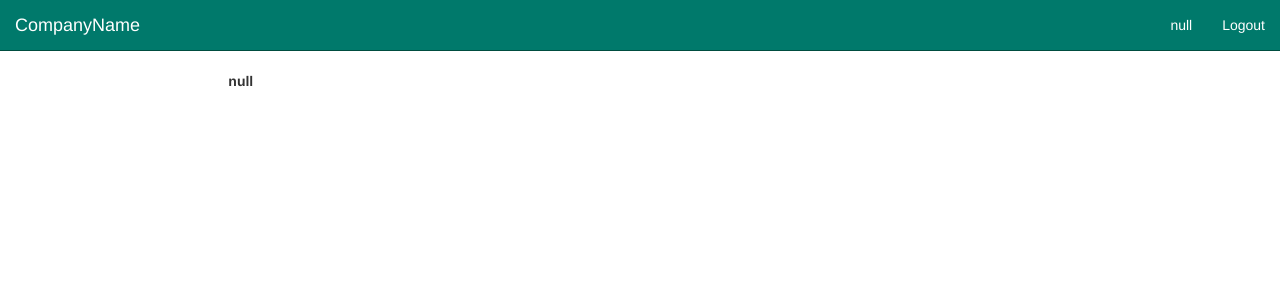
Repository: jayakumar721/projects
Page: http://localhost/TestEngine/result.jsp
These files come from the project's save history. The page is drawn as it stood at one moment and after the next save; the edit follows.
The browser window is 1280 px wide. The pictures show the whole page.
Some web libraries are served in a nearby version. The page is served by Tomcat 9. Other server files are loaded and not shown.

Above is the page before, as saved 2017-11-28 11:37:31.

### TestEngine/WebContent/result.jsp
<%@ page language="java" contentType="text/html; charset=UTF-8"
	pageEncoding="UTF-8"%>
<!DOCTYPE html PUBLIC "-//W3C//DTD HTML 4.01 Transitional//EN" "http://www.w3.org/TR/html4/loose.dtd">
<html>
<head>
<meta http-equiv="Content-Type" content="text/html; charset=UTF-8">
<title>Insert title here</title>
</head>
<body>
	<%@ include file="header.jsp"%>
	<div class="col-sm-2"></div>
	<div class="col-sm-8">
		<label><%=session.getAttribute("marks") %></label>

	</div>
</body>
</html>

### TestEngine/WebContent/header.jsp
<%@ page language="java" contentType="text/html; charset=UTF-8"
	pageEncoding="UTF-8"%>
<!DOCTYPE html PUBLIC "-//W3C//DTD HTML 4.01 Transitional//EN" "http://www.w3.org/TR/html4/loose.dtd">
<html>
<head>
<meta charset="UTF-8">
<title>Insert title here</title>

<link rel="stylesheet"
	href="https://maxcdn.bootstrapcdn.com/bootstrap/3.3.7/css/bootstrap.min.css">

<!-- jQuery library -->
<script
	src="https://ajax.googleapis.com/ajax/libs/jquery/3.2.1/jquery.min.js"></script>
<script src="vendor/jquery-validation/dist/jquery.validate.min.js"></script>

<!-- Latest compiled JavaScript -->
<script
	src="https://maxcdn.bootstrapcdn.com/bootstrap/3.3.7/js/bootstrap.min.js"></script>
<style type="text/css">
.navbar-inverse {
	background: #00796B;
	border-bottom-color: #004D40;
}

.navbar-inverse .navbar-nav>li>a, .navbar-inverse .navbar-brand,
	.navbar-inverse .navbar-nav>.dropdown>a .caret {
	color: #fff;
}

.navbar-inverse .navbar-nav>.open>a, .navbar-inverse .navbar-nav>.open>a:hover,
	.navbar-inverse .navbar-nav>.open>a:focus, .navbar-nav>li>.dropdown-menu
	{
	background: #4DB6AC;
}

.nav-pills
>
li
>
a
,
{
color
:

#303F9F
;


}
.nav>li>a:hover, .nav>li>a:focus {
	background-color: #EEEEEE;
}
</style>

</head>
<body>
	<div id="top-nav" class="navbar navbar-inverse navbar-static-top">
		<div class="container-fluid">
			<div class="navbar-header">
				<button type="button" class="navbar-toggle" data-toggle="collapse"
					data-target=".navbar-collapse">
					<span class="icon-bar"></span> <span class="icon-bar"></span> <span
						class="icon-bar"></span>
				</button>
				<a class="navbar-brand" href="dashboard.jsp">CompanyName</a>
			</div>
			<div class="navbar-collapse collapse">
				<ul class="nav navbar-nav navbar-right">
					<li><i class="fa fa-user-circle"></i><a><%=session.getAttribute("name")%></a>

					</li>

					<li><a href="Login.html"><i class="fa fa-sign-out"></i>
							Logout</a></li>
				</ul>
			</div>
		</div>
		<!-- /container -->
	</div>

</body>
</html>

After the next save:
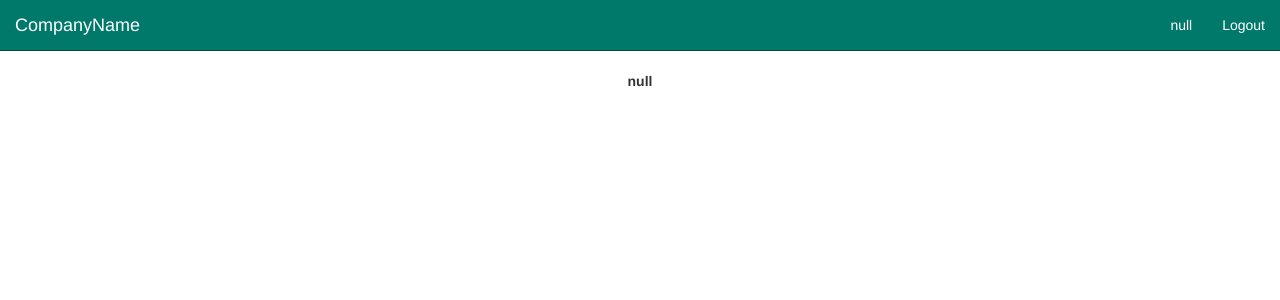
Saved 39 s later.
--- a/TestEngine/WebContent/result.jsp
+++ b/TestEngine/WebContent/result.jsp
@@ -9,7 +9,7 @@
 <body>
 	<%@ include file="header.jsp"%>
 	<div class="col-sm-2"></div>
-	<div class="col-sm-8">
+	<div class="col-sm-8" style="text-align:center;">
 		<label><%=session.getAttribute("marks") %></label>
 
 	</div>

After the save that followed:
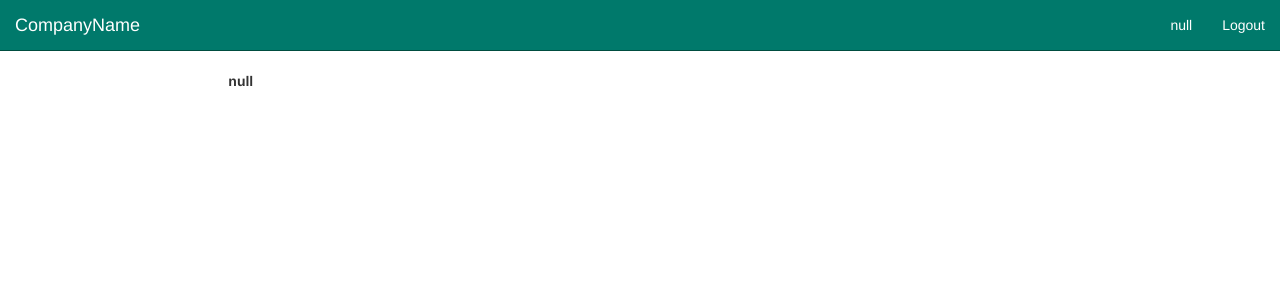
Saved 39 s later.
--- a/TestEngine/WebContent/result.jsp
+++ b/TestEngine/WebContent/result.jsp
@@ -9,7 +9,7 @@
 <body>
 	<%@ include file="header.jsp"%>
 	<div class="col-sm-2"></div>
-	<div class="col-sm-8" style="text-align:center;">
+	<div class="result col-sm-8">
 		<label><%=session.getAttribute("marks") %></label>
 
 	</div>
